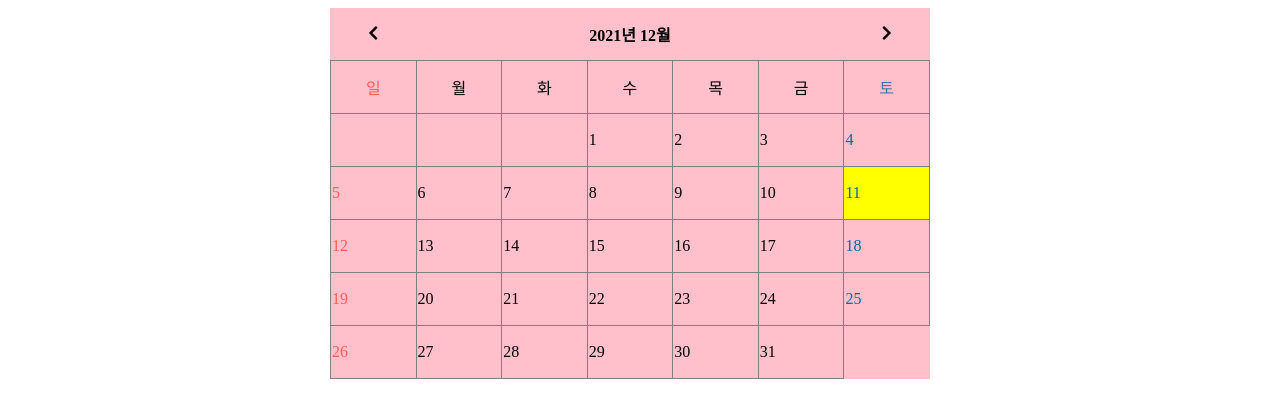
Repository: shin-sj/Checkkeu
Page: http://localhost/test2/WEB-INF/user/calendar.jsp
The author's editor kept a copy of each file at every save. The page is drawn from the files as they stood at one save, then again after the next save.
The browser window is 1280 px wide. The pictures show the whole page.
Some web libraries are served in a nearby version. The page is served by Tomcat 9. Nobody is signed in. The template is opened directly, without the code that normally fills it, so the values that code supplies are empty.

Above is the page before, as saved 2021-12-15 16:06:05.

After the next save:
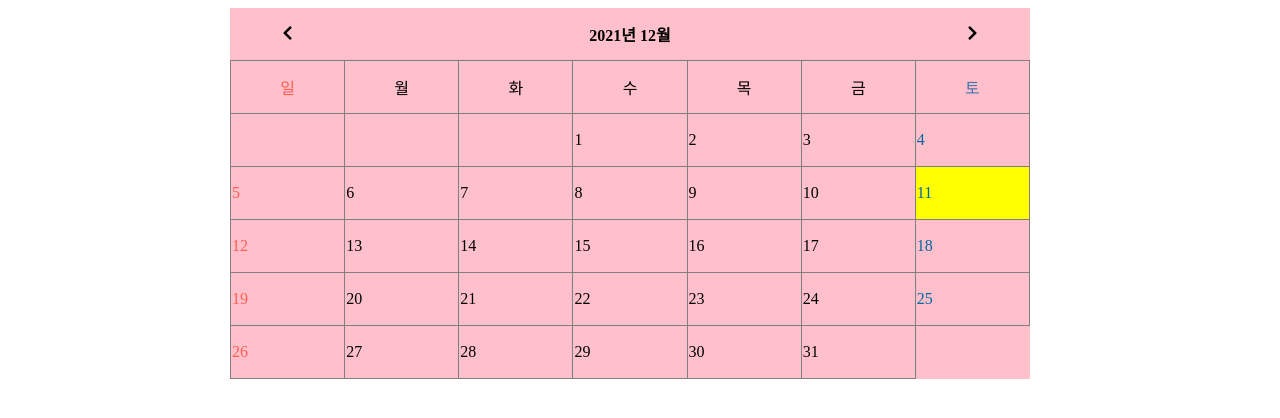
Saved 4 s later.
--- a/test2/src/main/webapp/WEB-INF/user/calendar.jsp
+++ b/test2/src/main/webapp/WEB-INF/user/calendar.jsp
@@ -31,7 +31,7 @@
 		}
 
 	#calendar {
-		width: 600px;
+		width: 800px;
 		border: none;
 		border-collapse : collapse;
 
